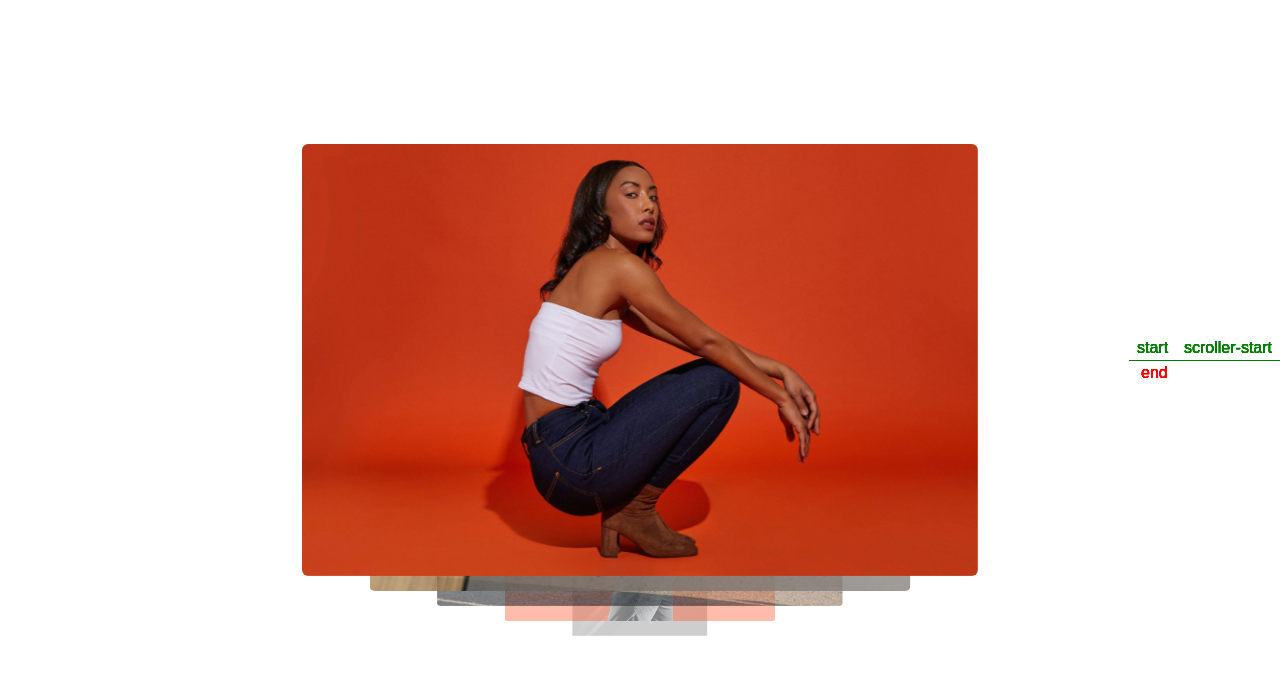
Repository: lwygold/motion
Page: layout/이미지 위로 계속 올라가는레이아웃.html
An editor plug-in stored every save of this project. The page is shown before and after the next save, followed by the edit.
The browser window is 1280 px wide. The pictures show the whole page.

Above is the page before, as saved 2023-02-21 13:59:20.

After the next save:
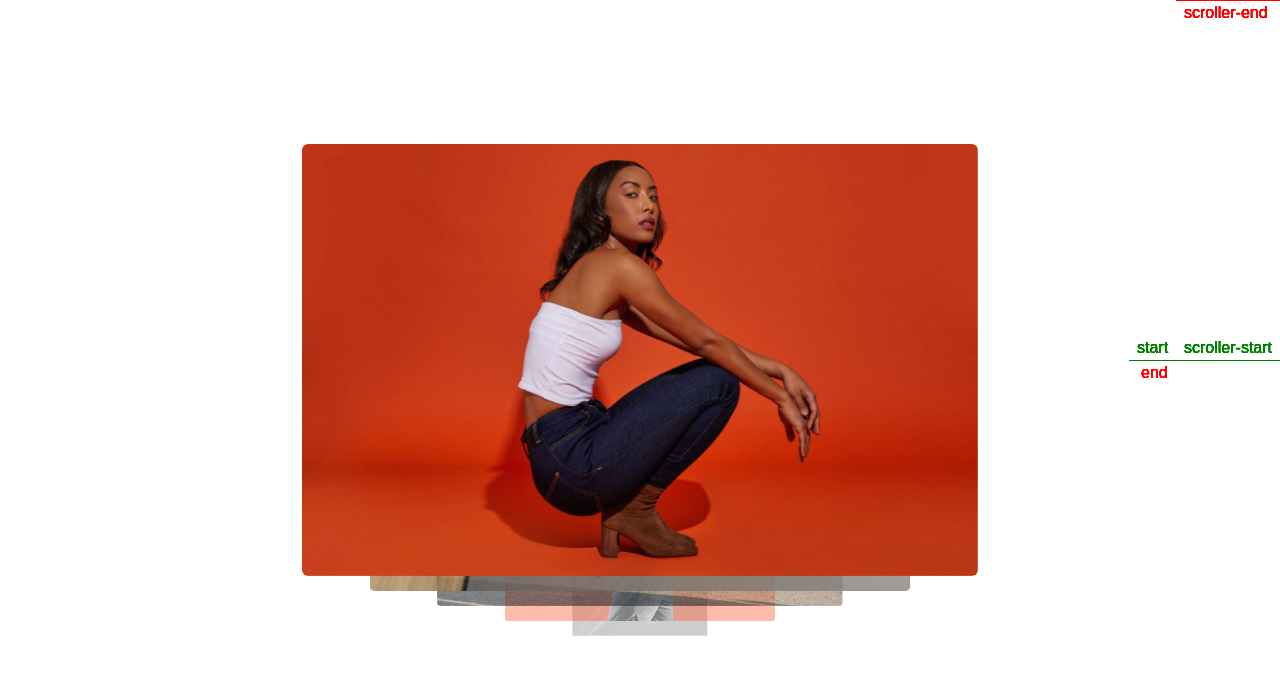
Saved 38 s later.
--- a/layout/이미지 위로 계속 올라가는레이아웃.html
+++ b/layout/이미지 위로 계속 올라가는레이아웃.html
@@ -175,7 +175,7 @@
                 scrollTrigger: {
                     trigger: $ul,
                     start: "center center",
-                    end: 'center -10%',
+                    end: 'center 0%',
                     pin: true,
                     scrub: true,
                     markers: true,
@@ -186,7 +186,7 @@
                 scrollTrigger: {
                     trigger: 'section',
                     start: "center center",
-                    end: 'center -10%',
+                    end: 'center 0%',
                     scrub: true,
                     markers: true,
                 }
@@ -196,7 +196,7 @@
                 scrollTrigger: {
                     trigger: 'section',
                     start: "center center",
-                    end: 'center -10%',
+                    end: 'center 0%',
                     scrub: true,
                     markers: true,
                 }
@@ -206,7 +206,7 @@
                 scrollTrigger: {
                     trigger: 'section',
                     start: "center center",
-                    end: 'center -10%',
+                    end: 'center 0%',
                     scrub: true,
                     markers: true,
                 }
@@ -216,7 +216,7 @@
                 scrollTrigger: {
                     trigger: 'section',
                     start: "center center",
-                    end: 'center -10%',
+                    end: 'center 0%',
                     scrub: true,
                     markers: true,
                 }
@@ -226,7 +226,7 @@
                 scrollTrigger: {
                     trigger: 'section',
                     start: "center center",
-                    end: 'center -10%',
+                    end: 'center 0%',
                     scrub: true,
                     markers: true,
                 }
